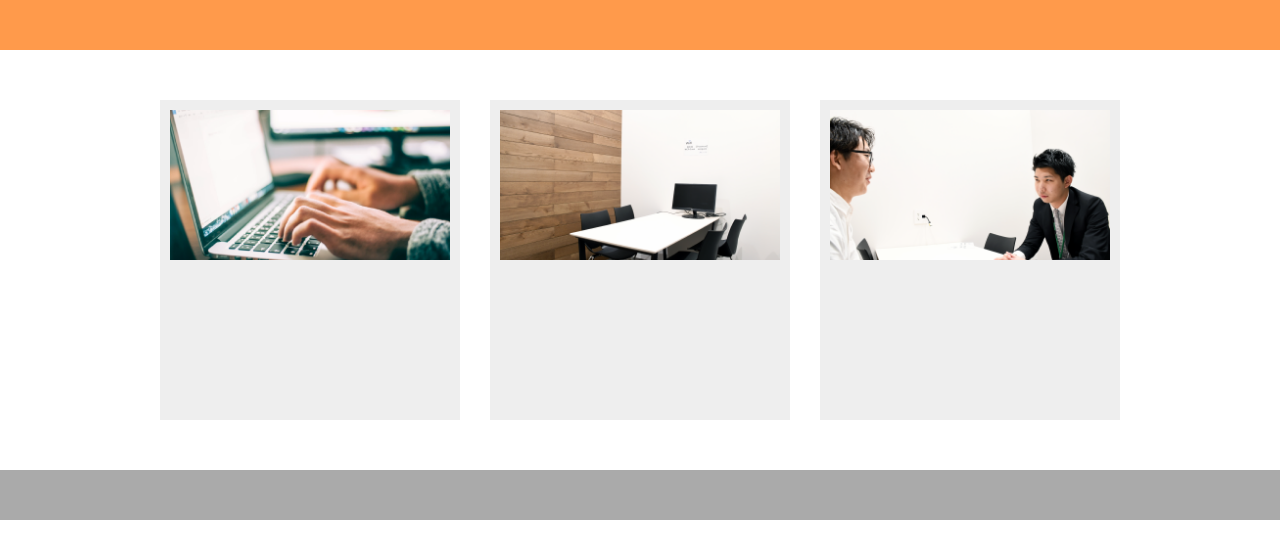
Repository: chihuyu3369/curriculum
Page: chapter9/index.html
The author's editor kept a record of every edit. The page is drawn from the files as they stood at one moment, then again after the next edit.
The browser window is 1280 px wide. The pictures show the whole page.

Above is the page before.

### chapter9/index.html
<!DOCTYPE html>
<html lang="ja">
  <head>
    <meta charset="UTF-8" />
    <!-- CSSファイルの読み込み -->
    <link rel="stylesheet" href="style.css" />
    <title>chapter9</title>
  </head>

  <body>
    <header>
     <div class="header"></div>
    </header>

  <main>
    <div class="main-visual">
      <div class="main-visual-img"></div>


    </div>


    <div class="main-visual2">
      <div class="main-visual-img2"></div>


    </div>


    <div class="main-visual3">
      <div class="main-visual-img3"></div>



    </div>

  </main>
  <footer>
    <div class="footer"></div>
  </footer>
  </body>
  </html>

### chapter9/style.css
* {
  margin: 0;
  padding: 0;
  box-sizing: border-box;
}

.header {
  width; 100%;
  height: 50px;
  background-color: #FF9A4B;
}

main {
  width: 960px;
  margin: 50px auto;
  display: flex;
}


.main-visual {
  width: 300px;
  height: 320px;
  position: relative;
  background-color: #EEEEEE;
}

.main-visual2 {
  width: 300px;
  height: 320px;
  margin-left: 30px;
   position: relative;
  background-color: #EEEEEE;
}


.main-visual3 {
  width: 300px;
  height: 320px;
  margin-left: 30px;
   position: relative;
  background-color: #EEEEEE;
}



.main-visual-img {
  width: 280px;
  height: 150px;
  margin: 10px;
  background-image: url(img/flow01.png);
  background-size: cover;
  background-position: center;
}

.main-visual-img2 {
  width: 280px;
  height: 150px;
  margin: 10px;
  background-image: url(img/flow02.png);
  background-size: cover;
  background-position: center;
}

.main-visual-img3 {
  width: 280px;
  height: 150px;
  margin: 10px;
  background-image: url(img/flow03.png);
  background-size: cover;
  background-position: center;
}

.step-n {
  position: absolute;
  top: 0;
  left: 0;
  background-color: #FF9A4B;
  color: #fff;
}

.title {
  margin-left: 10px;
  margin-top: 15px;
  font-size: 15px;
}

.text {
  margin-top: 5px;
  margin-left: 10px;
  font-size: 12px;
}


.footer {
  width; 1100px;
  height: 50px;
  background-color: #AAAAAA;
}

After the next edit:
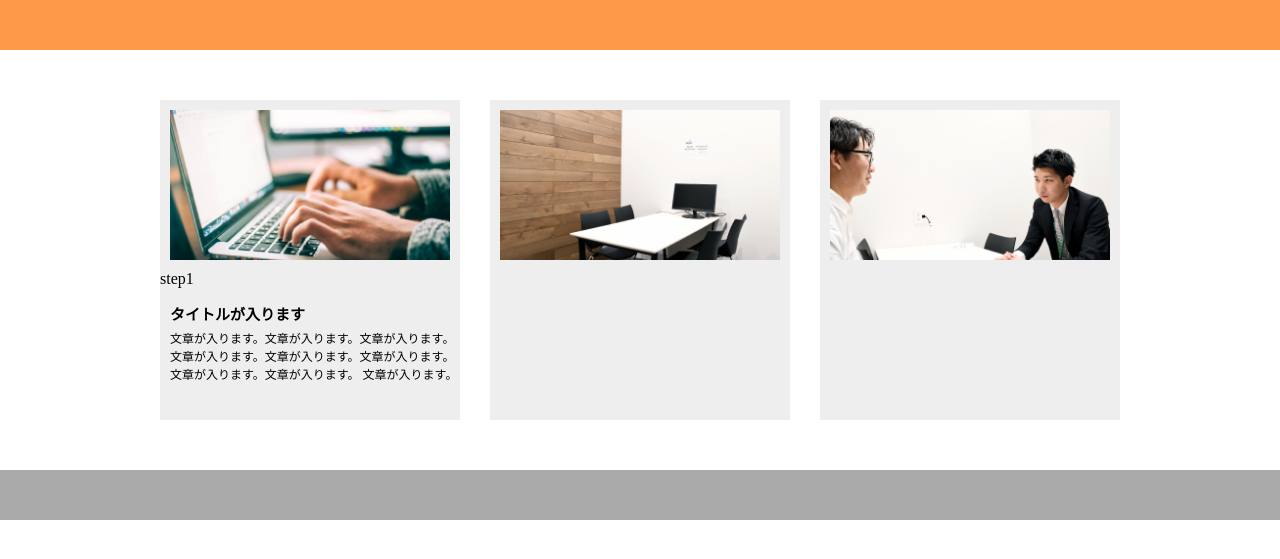
The edit:
--- a/chapter9/index.html
+++ b/chapter9/index.html
@@ -15,6 +15,11 @@
   <main>
     <div class="main-visual">
       <div class="main-visual-img"></div>
+      <span class="step">step1</span>
+      <h3 class="title">タイトルが入ります</h3>
+      <p class="text">文章が入ります。文章が入ります。文章が入ります。
+      文章が入ります。文章が入ります。文章が入ります。文章が入ります。文章が入ります。
+      文章が入ります。</p>
 
 
     </div>
